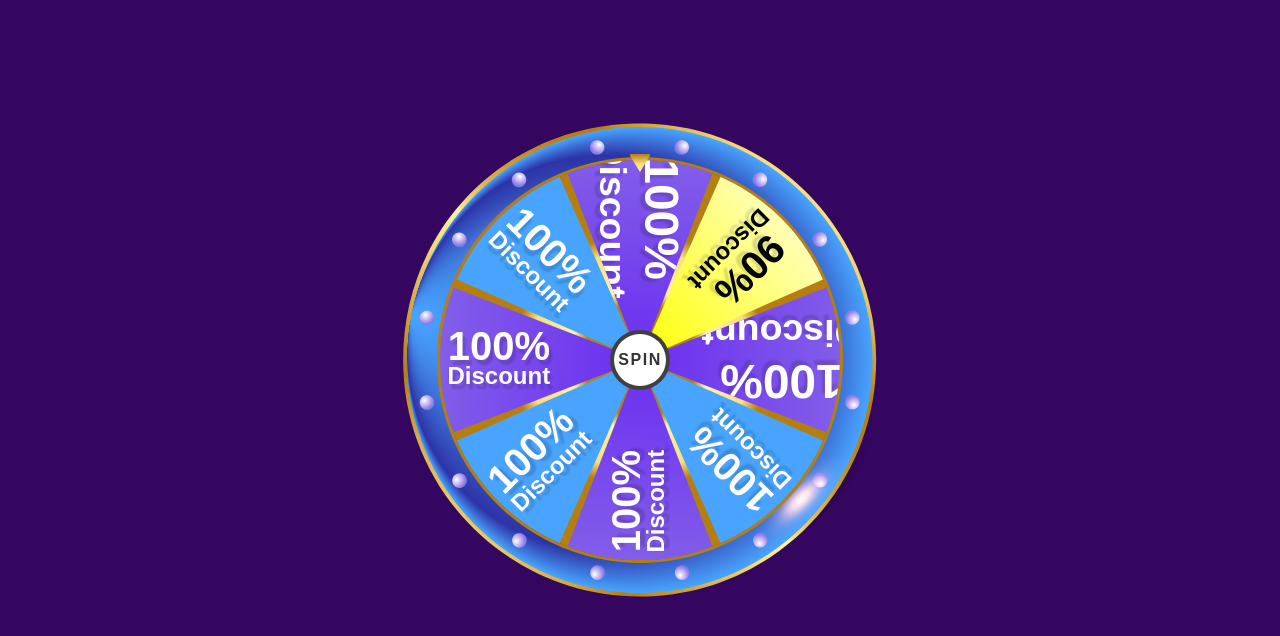
Repository: Jacques-Jaki-Morkel/FundedMarketplace_WheelofFortune
Page: index.html
An editor plug-in stored every save of this project. The page is shown before and after the next save, followed by the edit.
The browser window is 1280 px wide. The pictures show the whole page.

Above is the page before, as saved 2025-08-14 14:12:24.

### index.html
<!DOCTYPE html>
<html lang="en">

<head>
    <meta charset="UTF-8">
    <meta name="viewport" content="width=device-width, initial-scale=1.0">
    <title>Wheel of Fortune - Funded Marketplace</title>
    <link rel="stylesheet" href="styles.css">
</head>

<body>
    <div class="container">
        <div class="spinBtn">
            SPIN
        </div>
        <img class="wheel-frame" src="assets/rings.svg" alt="wheel rings">
        <div class="wheel">
            <div class="number" style=" --i:1 ;">
                <span>
                    <div class="sliceTextGroup">
                        <h2 class="mediumSliceText">100%</h2>
                        <h3 class="mediumSliceText">Discount</h3>
                    </div>
                </span>
            </div>
            <div class="number" style=" --i:2 ;--clr2: linear-gradient(var(--angle), white, yellow);">
                <span class="ulitmatePrize">
                    <div class="sliceTextGroup">
                        <h2 class="largeSliceText">90%</h2>
                        <h3 class="smallSliceText">Discount</h3>
                    </div>
                </span>
            </div>
            <div class="number" style=" --i:3 ;">
                <span>
                    <div class="sliceTextGroup">
                        <h2 class="mediumSliceText">100%</h2>
                        <h3 class="mediumSliceText">Discount</h3>
                    </div>
                </span>
            </div>
            <div class="number"
                style=" --i:4 ;--clr2: linear-gradient(var(--angle), #8b72e7 0%, #48a4ff 7%, #48a4ff 89%,  #3638ad 100%);">
                <span>
                    <div class="sliceTextGroup">
                        <h2 class="largeSliceText">100%</h2>
                        <h3 class="smallSliceText">Discount</h3>
                    </div>
                </span>

            </div>
            <div class="number" style=" --i:5 ;">
                <span>
                    <div class="sliceTextGroup">
                        <h2 class="largeSliceText">100%</h2>
                        <h3 class="smallSliceText">Discount</h3>
                    </div>
                </span>

            </div>
            <div class="number"
                style=" --i:6 ;--clr2: linear-gradient(var(--angle), #8b72e7 0%, #48a4ff 7%, #48a4ff 89%,  #3638ad 100%);">
                <span>
                    <div class="sliceTextGroup">
                        <h2 class="largeSliceText">100%</h2>
                        <h3 class="smallSliceText">Discount</h3>
                    </div>
                </span>

            </div>
            <div class="number" style=" --i:7 ;">
                <span>
                    <div class="sliceTextGroup">
                        <h2 class="largeSliceText">100%</h2>
                        <h3 class="smallSliceText">Discount</h3>
                    </div>
                </span>

            </div>
            <div class="number"
                style=" --i:8 ;--clr2: linear-gradient(var(--angle), #8b72e7 0%, #48a4ff 7%, #48a4ff 89%,  #3638ad 100%);">
                <span>
                    <div class="sliceTextGroup">
                        <h2 class="largeSliceText">100%</h2>
                        <h3 class="smallSliceText">Discount</h3>
                    </div>
                </span>

            </div>
        </div>
        <div>
            <script src="script.js"></script>
</body>

</html>

### styles.css
* {
    margin: 0;
    padding: 0;
    box-sizing: border-box;
    font-family: 'Poppins', sans-serif;
}

body {
    display: flex;
    justify-content: center;
    align-items: center;
    min-height: 100vh;
    background: rgb(52, 6, 96);
}

.container {
    position: relative;
    width: 400px;
    height: 400px;
    display: flex;
    justify-content: center;
    align-items: center;
}

.container .spinBtn {
    position: absolute;
    width: 60px;
    height: 60px;
    background: #fff;
    border-radius: 50%;
    z-index: 10;
    display: flex;
    justify-content: center;
    align-items: center;
    text-transform: uppercase;
    font-weight: 600;
    color: #333;
    letter-spacing: 0.1em;
    border: 4px solid rgba(0, 0, 0, 0.75);
    cursor: pointer;
    user-select: none;
}

.container .spinBtn::before {
    content: '';
    position: absolute;
    top: -180px;
    width: 20px;
    transform: rotate(180DEG);
    height: 30px;
    background: linear-gradient(#b57e10  ,#fff3a6 , #f9df7b , #b57e10 );
    clip-path: polygon(50% 40%, -5% 100%, 105% 100%);
}

.container .wheel {
    position: absolute;
    top: 50%;
    left: 50%;
    width: 100%;
    height: 100%;
    inset: 0;
    border-radius: 50%;
    overflow: hidden; /* keeps slices inside the wheel */
    z-index: 2; /* above frame */
    background: radial-gradient(#b57e10 20%, #fff3a6 25%, #f9df7b 39%, #b57e10 45%);
     box-shadow: 0 0 0 3px rgba(181, 126, 16, 1)


}

.wheel-frame {
    position: absolute;
    top: 50%;
    left: 50%;
    width: 170%; /* bigger than wheel */
    height: 170%;
    transform: translate(-50%, -50%);
    z-index: 1; /* behind the wheel */
    pointer-events: none; /* allows clicking wheel slices */
}


.container .wheel .number {
    position: absolute;
    width: 50%;
    height: 50%;
    background:var(--clr2, linear-gradient(var(--angle), #8b72e7, #6b2df0));
    --angle: 140deg;
    transform-origin: bottom right;
    transform: rotate(calc(45deg * var(--i)));
    clip-path: polygon(0 0, 56% 0, 100% 100%, 0 56%);
    display: flex;
    justify-content: center;
    align-items: center;
    user-select: none;
    cursor: pointer;
}

.container .wheel .number span {
    position: relative;
    transform: rotate(45deg);
    color: #fff;
    font-size: 2em;
    font-weight: 700;
    text-shadow: 3px 5px 2px rgba(0, 0, 0, 0.15);
}
.ulitmatePrize{
    position: relative;
    transform: rotate(45deg);
    color: #000 !important;
    font-size: 2em;
    font-weight: 700;
    text-shadow: 3px 5px 2px rgba(0, 0, 0, 0.15);
}
.sliceTextGroup {
    display: flex;
    flex-direction: column;
    align-items: center;
}
.smallSliceText {
    font-size: 0.75em;
}
.largeSliceText {
    font-size: 1.25em;
   line-height: 32px;
}

/* .container .wheel .number span::after {
    content: '$';
    padding-left: 5px;
    position: absolute;
    font-size: 0.75em;
    font-weight: 500;
} */

### script.js
const wheel = document.querySelector('.wheel');
const spinButton = document.querySelector('.spinBtn');
const value = Math.ceil(Math.random() * 360);

spinButton.addEventListener('click', () => {
    const rotations = Math.max(Math.random() * 100, 15); // Ensure at least 15 full rotations
    const randomDegree = Math.floor(Math.random() * (360*rotations)) + 720; // Ensure at least two full rotations
    const finalDegree = value + randomDegree;

    wheel.style.transition = 'transform 5s ease-in-out';
    wheel.style.transform = `rotate(${finalDegree}deg)`;

//     spin styles
//     cubic-bezier(0.33, 1, 0.68, 1)
})

After the next save:
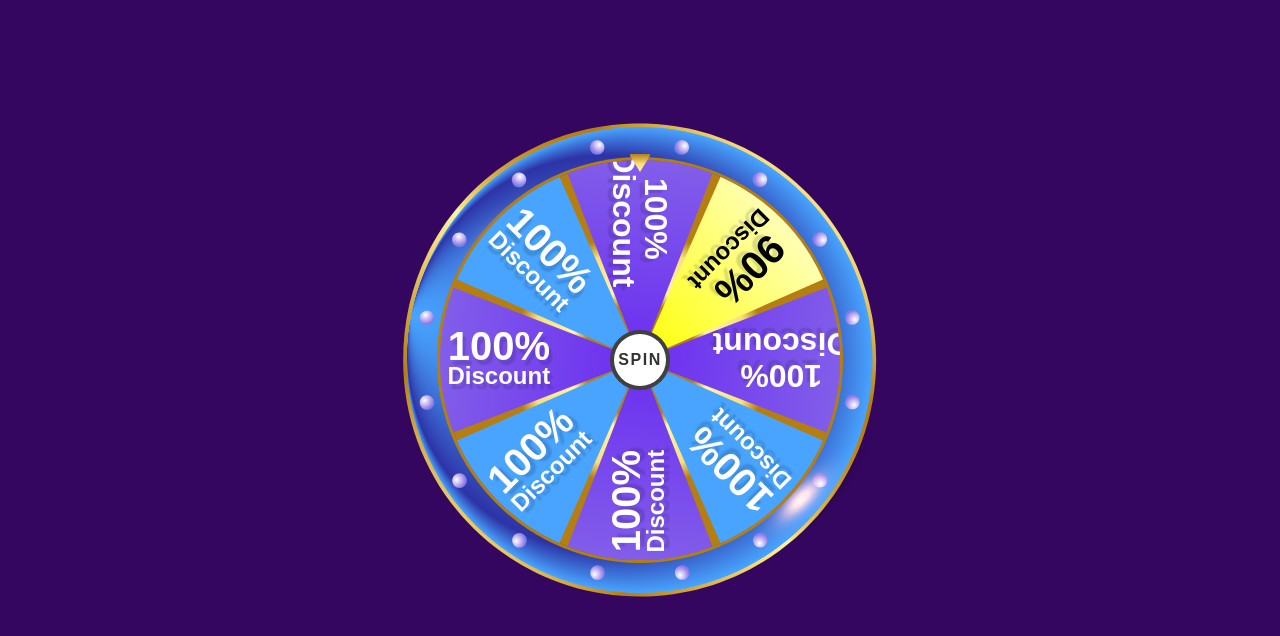
Saved 7 s later.
--- a/styles.css
+++ b/styles.css
@@ -124,6 +124,10 @@ body {
     font-size: 1.25em;
    line-height: 32px;
 }
+.mediumSliceText {
+    font-size: 1em;
+   line-height: 32px;
+}
 
 /* .container .wheel .number span::after {
     content: '$';
